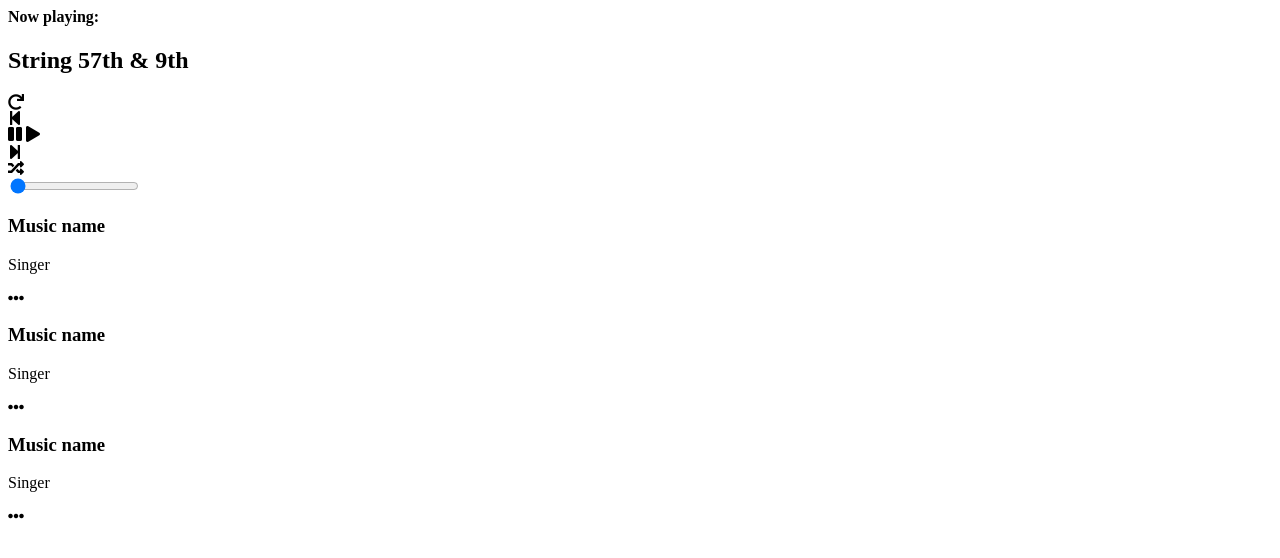
Repository: PhanPhuongNam2108/SiTrumChill
Page: index.html
The author's editor kept a copy of each file at every save. The page is drawn from the files as they stood at one save, then again after a run of saves.
The browser window is 1280 px wide. The pictures show the whole page.
Pictures or frames that could not be fetched are drawn as grey boxes.

Above is the page before, as saved 2025-11-26 10:26:29.

### index.html
<meta name="viewport" content="width=device-width, initial-scale=1.0">
<title>Music player</title>
<link rel="stylesheet" href="https://cdnjs.cloudflare.com/ajax/libs/font-awesome/5.15.2/css/all.min.css" integrity="sha512-HK5fgLBL+xu6dm/Ii3z4xhlSUyZgTT9tuc/hSrtw6uzJOvgRr2a9jyxxT1ely+B+xFAmJKVSTbpM/CuL7qxO8w==" crossorigin="anonymous" />
<link rel="preconnect" href="https://fonts.gstatic.com">
<link href="https://fonts.googleapis.com/css2?family=Poppins:wght@300;400;600&display=swap" rel="stylesheet">

<html>
<div class="player">
  <!-- Dashboard -->
  <div class="dashboard">
    <!-- Header -->
    <header>
      <h4>Now playing:</h4>
      <h2>String 57th & 9th</h2>
    </header>

    <body>
        <!-- CD -->
        <div class="cd">
          <div class="cd-thumb" style="background-image: url('https://i.ytimg.com/vi/jTLhQf5KJSc/maxresdefault.jpg')">
          </div>
        </div>

        <!-- Control -->
        <div class="control">
          <div class="btn btn-repeat">
            <i class="fas fa-redo"></i>
          </div>
          <div class="btn btn-prev">
            <i class="fas fa-step-backward"></i>
          </div>
          <div class="btn btn-toggle-play">
            <i class="fas fa-pause icon-pause"></i>
            <i class="fas fa-play icon-play"></i>
          </div>
          <div class="btn btn-next">
            <i class="fas fa-step-forward"></i>
          </div>
          <div class="btn btn-random">
            <i class="fas fa-random"></i>
          </div>
        </div>

        <input id="progress" class="progress" type="range" value="0" step="1" min="0" max="100">

        <audio id="audio" src=""></audio>
      </div>

      <!-- Playlist -->
      <div class="playlist">
        <div class="song">
          <div class="thumb" style="background-image: url('https://i.ytimg.com/vi/jTLhQf5KJSc/maxresdefault.jpg')">
          </div>
          <div class="body">
            <h3 class="title">Music name</h3>
            <p class="author">Singer</p>
          </div>
          <div class="option">
            <i class="fas fa-ellipsis-h"></i>
          </div>
        </div>
        <div class="song">
          <div class="thumb" style="background-image: url('https://i.ytimg.com/vi/jTLhQf5KJSc/maxresdefault.jpg')">
          </div>
          <div class="body">
            <h3 class="title">Music name</h3>
            <p class="author">Singer</p>
          </div>
          <div class="option">
            <i class="fas fa-ellipsis-h"></i>
          </div>
        </div>
        <div class="song">
          <div class="thumb" style="background-image: url('https://i.ytimg.com/vi/jTLhQf5KJSc/maxresdefault.jpg')">
          </div>
          <div class="body">
            <h3 class="title">Music name</h3>
            <p class="author">Singer</p>
          </div>
          <div class="option">
            <i class="fas fa-ellipsis-h"></i>
          </div>
        </div>
      </div>
    </div>


    <script>
        const $ = document.querySelector.bind(document)
        const $$ = document.querySelectorAll.bind(document)

        const playlist = $('.playlist')

        const app = {
          songs: [
          {
            name: 'Sinh ra đã là thứ đối lập nhau',
            singer: 'DALAB',
            path: './assets/music/song1.mp3',
            image: './assets/img/img1.jpg'
          },
          {
            name: 'Có đôi điều',
            singer: 'Shiki',
            path: './assets/music/song2.mp3',
            image: './assets/img/img2.jpg'
          }
        ],

          render: function() {
            const htmls = this.songs.map(song => {
              return `
                <div class="song">
                  <div class="thumb"
                    style="background-imgae: url('${song.image}')">
                  </div>
                  <div class="body">
                    <h3 class="title">${song.name}</h3>
                    <p class="author">${song.singer}</p>
                  </div>
                  <div class="option">
                    <i class="fas fa-allipsis-h"></i>
                  </div>
                </div>
              `
            })
            $('.playlist').innerHTML
          },

          start: function() {
            this.render()
          }
        }

        app.start()
    </script>
  </body>
</html>

After the next 3 saves:
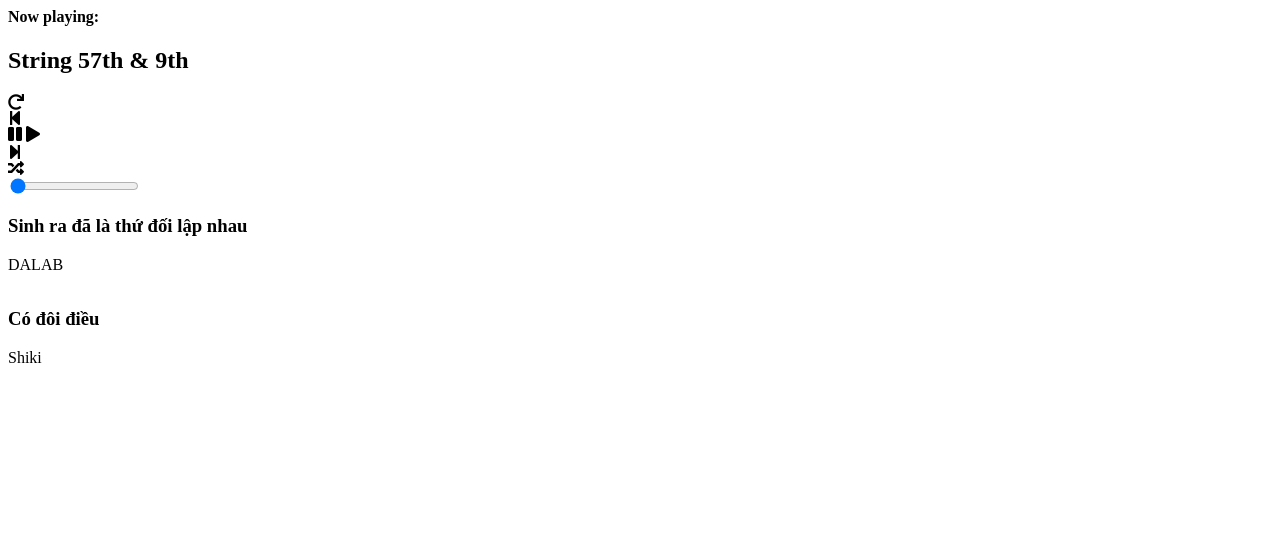
The 3 saves are shown as one change because they came seconds apart.
The last was saved 17 s later.
--- a/index.html
+++ b/index.html
@@ -124,7 +124,7 @@
                 </div>
               `
             })
-            $('.playlist').innerHTML
+            $('.playlist').innerHTML = htmls.join('')
           },
 
           start: function() {
